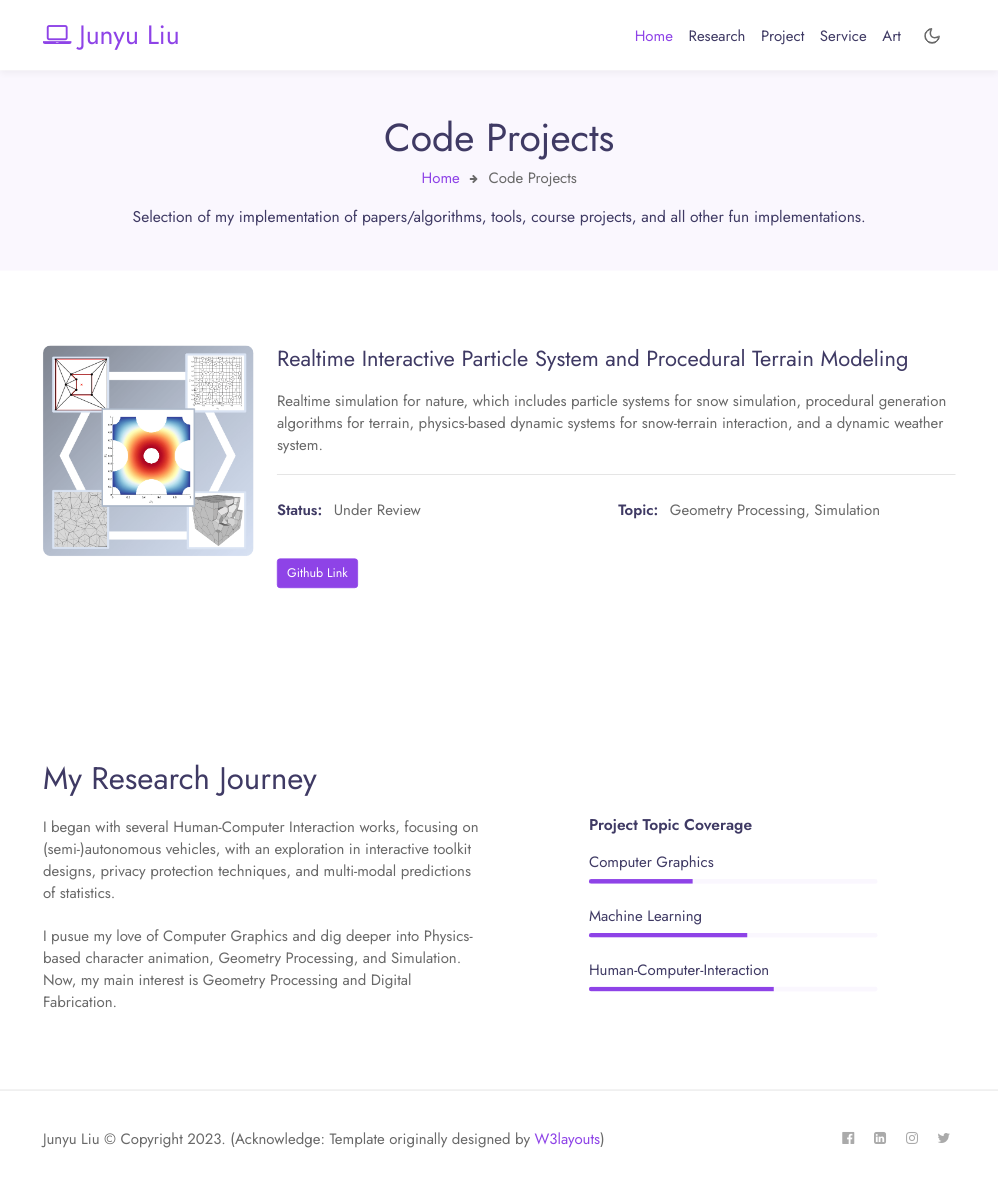
Repository: Junyu-Liu-Nate/junyu-liu-nate.github.io
Page: project.html
An editor plug-in stored every save of this project. The page is shown before and after the next save, followed by the edit.
The browser window is 1280 px wide. The pictures show the whole page, at 78% of full size.

Above is the page before, as saved 2024-04-10 18:05:12.
Console error: TypeError: Cannot read properties of null (reading 'classList')

### project.html
<!--
Author: Junyu Liu
Author: W3layouts
Author URL: http://w3layouts.com
-->
<!doctype html>
<html lang="en">

<head>
  <!-- Required meta tags -->
  <meta charset="utf-8">
  <meta name="viewport" content="width=device-width, initial-scale=1, shrink-to-fit=no">

  <title>Junyu Liu - Projects</title>

  <!-- google fonts -->
  <link href="//fonts.googleapis.com/css2?family=Jost:wght@300;400;600&display=swap" rel="stylesheet">

  <!-- Template CSS -->
  <link rel="stylesheet" href="assets/css/style-starter.css">
</head>

<body>
<!-- header -->
<header id="site-header" class="fixed-top">
  <div class="container">
      <nav class="navbar navbar-expand-lg stroke">
          <a class="navbar-brand" href="index.html">
              <span class="fa fa-laptop"></span> Junyu Liu
          </a>
          <!-- if logo is image enable this
      <a class="navbar-brand" href="#index.html">
          <img src="image-path" alt="Your logo" title="Your logo" style="height:35px;" />
      </a> -->
          <button class="navbar-toggler  collapsed bg-gradient" type="button" data-toggle="collapse"
              data-target="#navbarTogglerDemo02" aria-controls="navbarTogglerDemo02" aria-expanded="false"
              aria-label="Toggle navigation">
              <span class="navbar-toggler-icon fa icon-expand fa-bars"></span>
              <span class="navbar-toggler-icon fa icon-close fa-times"></span>
              </span>
          </button>

          <div class="collapse navbar-collapse" id="navbarTogglerDemo02">
            <ul class="navbar-nav ml-auto">
                <li class="nav-item active">
                    <a class="nav-link" href="index.html">Home <span class="sr-only">(current)</span></a>
                </li>
                <li class="nav-item @@research_active">
                    <a class="nav-link" href="research.html">Research</a>
                </li>
                <li class="nav-item @@project_active">
                  <a class="nav-link" href="project.html">Project</a>
                </li>
                <li class="nav-item @@service_active">
                  <a class="nav-link" href="service.html">Service</a>
                </li>
                <li class="nav-item @@art_active">
                    <a class="nav-link" href="art.html">Art</a>
                </li>
            </ul>
        </div>
          <!-- toggle switch for light and dark theme -->
          <div class="mobile-position">
              <nav class="navigation">
                  <div class="theme-switch-wrapper">
                      <label class="theme-switch" for="checkbox">
                          <input type="checkbox" id="checkbox">
                          <div class="mode-container">
                              <i class="gg-sun"></i>
                              <i class="gg-moon"></i>
                          </div>
                      </label>
                  </div>
              </nav>
          </div>
          <!-- //toggle switch for light and dark theme -->
      </nav>
  </div>
</header>
<!-- //header -->

<!-- about breadcrumb -->
<section class="w3l-about-breadcrumb text-center">
    <div class="breadcrumb-bg breadcrumb-bg-about py-sm-5 py-4">
        <div class="container py-2">
            <h2 class="title">Code Projects</h2>
            <ul class="breadcrumbs-custom-path mt-2">
                <li><a href="index.html">Home</a></li>
                <li class="active"><span class="fa fa-arrow-right mx-2" aria-hidden="true"></span> Code Projects </li>
            </ul>
            <br>
            <h5>Selection of my implementation of papers/algorithms, tools, course projects, and all other fun implementations.</h5>
        </div>
    </div>
</section>
<!-- //about breadcrumb -->

<!-- about page about section -->
<section class="w3l-aboutblock1" id="about">
    <div class="midd-w3 py-5">
        <div class="container py-lg-5 py-md-3">
              <div class="row">
                <div class="col-lg-3">
                  <div class="position-relative">
                      <img src="assets/images/project/thumnail/port-FEM-vs-VEM.png" alt="" class="radius-image img-fluid">
                  </div>
                </div>
                <div class="col-lg-9 mt-lg-0 mt-5">
                    <!-- <h5 class="title-small mb-2">Hello, I am UI/UX Designer</h5> -->
                    <h3 class="title">Realtime Interactive Particle System and Procedural Terrain Modeling</h3>
                    <p class="mt-4">
                      Realtime simulation for nature, which includes particle systems for snow simulation, procedural generation algorithms for terrain, physics-based dynamic systems for snow-terrain interaction, and a dynamic weather system.
                    </p>
                    <!-- <p class="mt-4">Proposed, developed and validated the first formalization method of Feint actions, the Palindrome-directed Generation of Feint. Designed and developed an automatic Feint generation model, FeintNet, to incorporate action-level policy designs with the formalization, enabling the effectiveness of Feint in multi-agent scenarios. The experiment results show that Feint actions brings overall benefits and introduce a great extent of diversity in Multi-Player Games.</p> -->
                    <div class="my-info mt-4">
                        <div class="single-info"><span>Status:</span>
                            <p>Under Review</p>
                        </div>
                        <div class="single-info"><span>Topic:</span>
                          <p>Geometry Processing, Simulation</p>
                        </div>
                    </div>
                    <div class="mt-sm-5 mt-4">
                      <a href="https://github.com/Junyu-Liu-Nate/Realtime-Interactive-Particle-System-Procedural-Modeling-OpenGL" class="btn btn-primary">Github Link</a>
                      <!-- <a href="https://youtu.be/e83U_-0MTHk" class="btn btn-primary">Video</a> -->
                      <!-- <a href="#download" class="btn btn-primary">Paper</a> -->
                      <!-- <a href="#download" class="btn btn-primary">Code</a> -->
                      <!-- <a href="#download" class="btn btn-primary">Video</a> -->
                    </div>
                    <!-- <div class="my-social mt-lg-3 mt-4">
                        <a href="#download" class="btn btn-style btn-primary">Detailed Info</a>
                        <ul class="social m-0 p-0">
                            <a href="#download" class="btn btn-outline-primary btn-style mr-2">Website</a>
                            <a href="#download" class="btn btn-outline-primary btn-style mr-2">Paper</a>
                            <a href="#download" class="btn btn-outline-primary btn-style mr-2">Code</a>
                        </ul>
                    </div> -->
                </div>
            </div>

            <!-- <p><br>-----------------------------------------------------------------------------------------------------------------------------------------------------------------------------------<br><br></p> -->
            <p><br></p>

        </div>
    </div>
</section>
<!-- //about page about section -->

<!-- about page third section -->
<section class="w3l-content-6 py-5">
    <div class="content-6-mian py-lg-5 py-md-4">
        <div class="container">
            <div class="content-info-in row">
                <div class="content-gd col-lg-6">
                    <h3 class="title-big mb-4">My Research Journey</h3>
                    <p>
                      I began with several Human-Computer Interaction works, focusing on (semi-)autonomous vehicles, with an exploration in interactive toolkit designs, privacy protection techniques, and multi-modal predictions of statistics.
                      <br><br>

                      I pusue my love of Computer Graphics and dig deeper into Physics-based character animation, Geometry Processing, and Simulation. Now, my main interest is Geometry Processing and Digital Fabrication.
                    </p>
                </div>
                <div class="content-gd col-lg-4 offset-lg-1">
                    <br><br><br>
                    <h5><b>Project Topic Coverage</b></h5><br>
                    <div class="progress-info">
                        <h6 class="progress-tittle">Computer Graphics</h6>
                        <div class="progress">
                            <div class="progress-bar progress-bar-striped" role="progressbar" style="width: 36%"
                                aria-valuenow="36" aria-valuemin="0" aria-valuemax="100">
                            </div>
                        </div>
                    </div>
                    <div class="progress-info">
                        <h6 class="progress-tittle">Machine Learning
                        </h6>
                        <div class="progress">
                            <div class="progress-bar progress-bar-striped" role="progressbar" style="width: 55%"
                                aria-valuenow="55" aria-valuemin="0" aria-valuemax="100">
                            </div>
                        </div>
                    </div>
                    <div class="progress-info">
                        <h6 class="progress-tittle">Human-Computer-Interaction</h6>
                        <div class="progress">
                            <div class="progress-bar progress-bar-striped" role="progressbar" style="width: 64%"
                                aria-valuenow="64" aria-valuemin="0" aria-valuemax="100">
                            </div>
                        </div>
                    </div>
                </div>
            </div>
        </div>
    </div>
</section>
<!-- about page third section -->

<!-- Footer -->
<section class="w3l-footer py-sm-5 py-4">
  <div class="container">
    <div class="footer-content">
      <div class="row">
        <div class="col-lg-8 footer-left">
          <p class="m-0">Junyu Liu © Copyright 2023. (Acknowledge: Template originally designed by <a href="https://w3layouts.com">W3layouts</a>)</p>
        </div>
        <div class="col-lg-4 footer-right text-lg-right text-center mt-lg-0 mt-3">
          <ul class="social m-0 p-0">
            <li><a href="#facebook"><span class="fa fa-facebook-official"></span></a></li>
            <li><a href="#linkedin"><span class="fa fa-linkedin-square"></span></a></li>
            <li><a href="#instagram"><span class="fa fa-instagram"></span></a></li>
            <li><a href="#twitter"><span class="fa fa-twitter"></span></a></li>
          </ul>
        </div>
      </div>
    </div>
  </div>

  <!-- move top -->
  <button onclick="topFunction()" id="movetop" title="Go to top">
    <span class="fa fa-angle-up"></span>
  </button>
  <script>
    // When the user scrolls down 20px from the top of the document, show the button
    window.onscroll = function () {
      scrollFunction()
    };

    function scrollFunction() {
      if (document.body.scrollTop > 20 || document.documentElement.scrollTop > 20) {
        document.getElementById("movetop").style.display = "block";
      } else {
        document.getElementById("movetop").style.display = "none";
      }
    }

    // When the user clicks on the button, scroll to the top of the document
    function topFunction() {
      document.body.scrollTop = 0;
      document.documentElement.scrollTop = 0;
    }
  </script>
  <!-- /move top -->
</section>
<!-- //Footer -->

<!-- all js scripts and files here -->

<script src="assets/js/theme-change.js"></script><!-- theme switch js (light and dark)-->

<script src="assets/js/jquery-3.3.1.min.js"></script><!-- default jQuery -->

<!-- /typig-text-->
<script>
  const typedTextSpan = document.querySelector(".typed-text");
  const cursorSpan = document.querySelector(".cursor");

  const textArray = ["UI/UX Designer", "Freelancer", "Web developer"];
  const typingDelay = 200;
  const erasingDelay = 10;
  const newTextDelay = 100; // Delay between current and next text
  let textArrayIndex = 0;
  let charIndex = 0;

  function type() {
    if (charIndex < textArray[textArrayIndex].length) {
      if (!cursorSpan.classList.contains("typing")) cursorSpan.classList.add("typing");
      typedTextSpan.textContent += textArray[textArrayIndex].charAt(charIndex);
      charIndex++;
      setTimeout(type, typingDelay);
    } else {
      cursorSpan.classList.remove("typing");
      setTimeout(erase, newTextDelay);
    }
  }

  function erase() {
    if (charIndex > 0) {
      // add class 'typing' if there's none
      if (!cursorSpan.classList.contains("typing")) {
        cursorSpan.classList.add("typing");
      }
      typedTextSpan.textContent = textArray[textArrayIndex].substring(0, 0);
      charIndex--;
      setTimeout(erase, erasingDelay);
    } else {
      cursorSpan.classList.remove("typing");
      textArrayIndex++;
      if (textArrayIndex >= textArray.length) textArrayIndex = 0;
      setTimeout(type, typingDelay);
    }
  }

  document.addEventListener("DOMContentLoaded", function () { // On DOM Load initiate the effect
    if (textArray.length) setTimeout(type, newTextDelay + 250);
  });
</script>
<!-- //typig-text-->

<!-- services owlcarousel -->
<script src="assets/js/owl.carousel.js"></script>

<!-- script for services -->
<script>
  $(document).ready(function () {
    $('.owl-two').owlCarousel({
      loop: true,
      margin: 30,
      nav: false,
      responsiveClass: true,
      autoplay: false,
      autoplayTimeout: 5000,
      autoplaySpeed: 1000,
      autoplayHoverPause: false,
      responsive: {
        0: {
          items: 1,
          nav: false
        },
        480: {
          items: 1,
          nav: false
        },
        700: {
          items: 1,
          nav: false
        },
        1090: {
          items: 3,
          nav: false
        }
      }
    })
  })
</script>
<!-- //script for services -->

<!-- script for tesimonials carousel slider -->
<script>
  $(document).ready(function () {
    $("#owl-demo1").owlCarousel({
      loop: true,
      margin: 20,
      nav: false,
      responsiveClass: true,
      responsive: {
        0: {
          items: 1,
          nav: false
        },
        736: {
          items: 1,
          nav: false
        },
        1000: {
          items: 2,
          nav: false,
          loop: false
        }
      }
    })
  })
</script>
<!-- //script for tesimonials carousel slider -->

<!-- video popup -->
<script src="assets/js/jquery.magnific-popup.min.js"></script>
<script>
  $(document).ready(function () {
    $('.popup-with-zoom-anim').magnificPopup({
      type: 'inline',

      fixedContentPos: false,
      fixedBgPos: true,

      overflowY: 'auto',

      closeBtnInside: true,
      preloader: false,

      midClick: true,
      removalDelay: 300,
      mainClass: 'my-mfp-zoom-in'
    });

    $('.popup-with-move-anim').magnificPopup({
      type: 'inline',

      fixedContentPos: false,
      fixedBgPos: true,

      overflowY: 'auto',

      closeBtnInside: true,
      preloader: false,

      midClick: true,
      removalDelay: 300,
      mainClass: 'my-mfp-slide-bottom'
    });
  });
</script>
<!-- //video popup -->

<!-- stats number counter-->
<script src="assets/js/jquery.waypoints.min.js"></script>
<script src="assets/js/jquery.countup.js"></script>
<script>
  $('.counter').countUp();
</script>
<!-- //stats number counter -->

<!-- disable body scroll which navbar is in active -->
<script>
  $(function () {
    $('.navbar-toggler').click(function () {
      $('body').toggleClass('noscroll');
    })
  });
</script>
<!-- disable body scroll which navbar is in active -->

<!--/MENU-JS-->
<script>
  $(window).on("scroll", function () {
    var scroll = $(window).scrollTop();

    if (scroll >= 80) {
      $("#site-header").addClass("nav-fixed");
    } else {
      $("#site-header").removeClass("nav-fixed");
    }
  });

  //Main navigation Active Class Add Remove
  $(".navbar-toggler").on("click", function () {
    $("header").toggleClass("active");
  });
  $(document).on("ready", function () {
    if ($(window).width() > 991) {
      $("header").removeClass("active");
    }
    $(window).on("resize", function () {
      if ($(window).width() > 991) {
        $("header").removeClass("active");
      }
    });
  });
</script>
<!--//MENU-JS-->

<!-- bootstrap js -->
<script src="assets/js/bootstrap.min.js"></script>

</body>

</html>

Loaded but not shown: assets/css/style-starter.css (library); assets/js/theme-change.js (common file); assets/js/jquery-3.3.1.min.js (library); assets/js/owl.carousel.js (library); assets/js/jquery.magnific-popup.min.js (library); assets/js/jquery.waypoints.min.js (library); assets/js/jquery.countup.js (common file); assets/js/bootstrap.min.js (library)

After the next save:
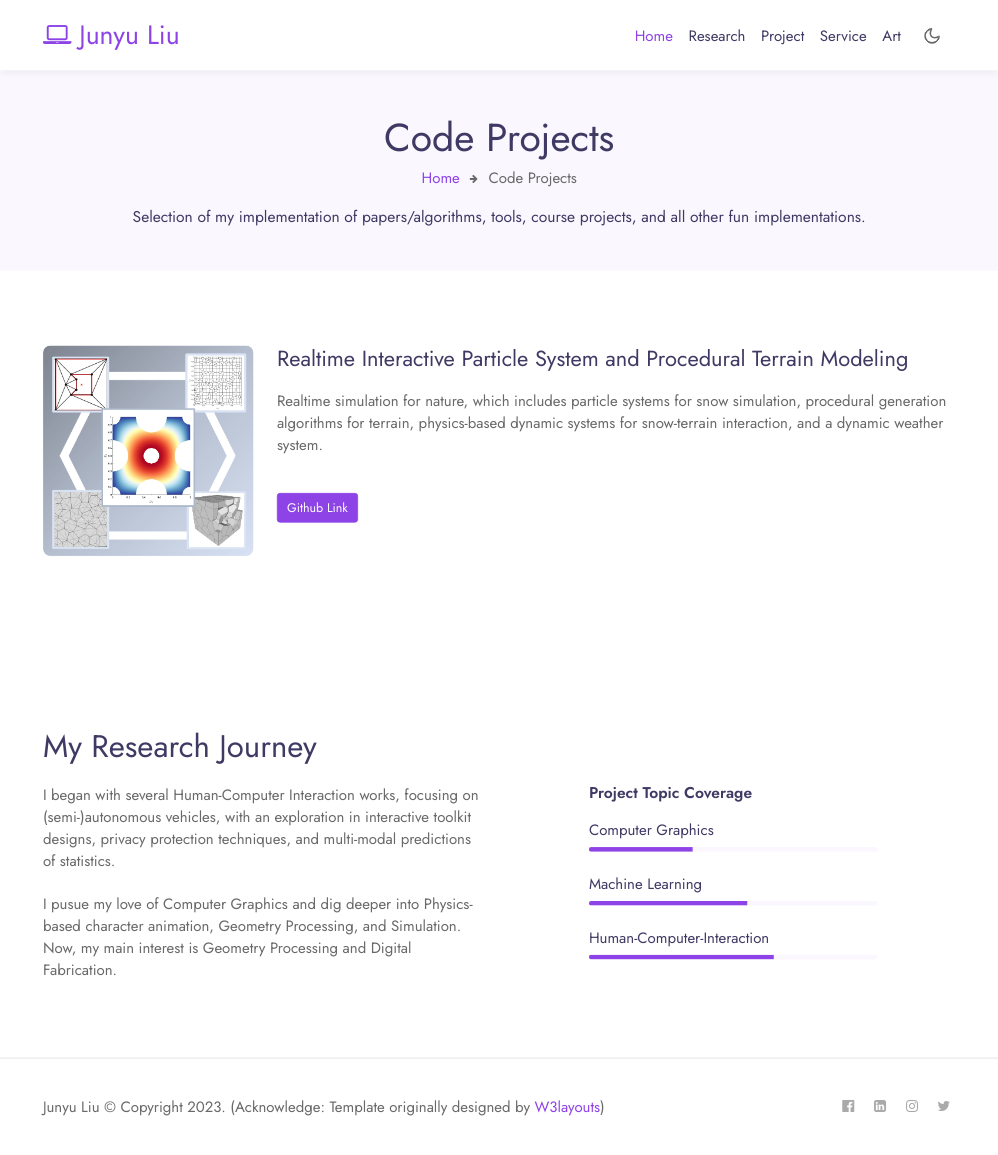
Saved 13 s later.
--- a/project.html
+++ b/project.html
@@ -112,14 +112,14 @@ Author URL: http://w3layouts.com
                       Realtime simulation for nature, which includes particle systems for snow simulation, procedural generation algorithms for terrain, physics-based dynamic systems for snow-terrain interaction, and a dynamic weather system.
                     </p>
                     <!-- <p class="mt-4">Proposed, developed and validated the first formalization method of Feint actions, the Palindrome-directed Generation of Feint. Designed and developed an automatic Feint generation model, FeintNet, to incorporate action-level policy designs with the formalization, enabling the effectiveness of Feint in multi-agent scenarios. The experiment results show that Feint actions brings overall benefits and introduce a great extent of diversity in Multi-Player Games.</p> -->
-                    <div class="my-info mt-4">
+                    <!-- <div class="my-info mt-4">
                         <div class="single-info"><span>Status:</span>
                             <p>Under Review</p>
                         </div>
                         <div class="single-info"><span>Topic:</span>
                           <p>Geometry Processing, Simulation</p>
                         </div>
-                    </div>
+                    </div> -->
                     <div class="mt-sm-5 mt-4">
                       <a href="https://github.com/Junyu-Liu-Nate/Realtime-Interactive-Particle-System-Procedural-Modeling-OpenGL" class="btn btn-primary">Github Link</a>
                       <!-- <a href="https://youtu.be/e83U_-0MTHk" class="btn btn-primary">Video</a> -->
